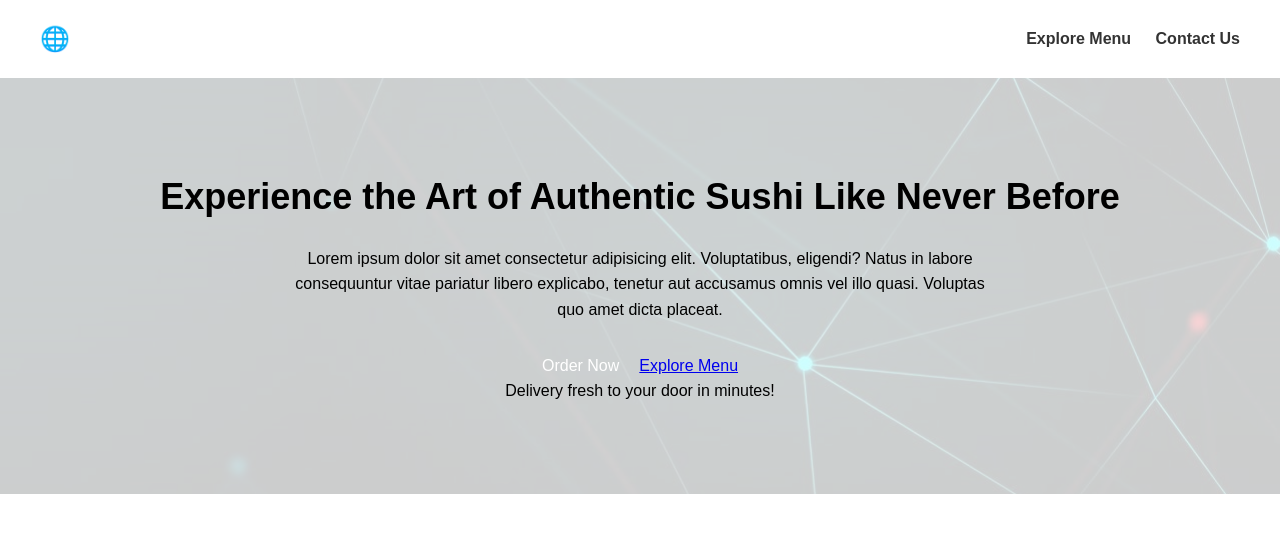
Repository: Femi007-gh/experience
Page: index.html
The author's editor kept a copy of each file at every save. The page is drawn from the files as they stood at one save, then again after the next save.
The browser window is 1280 px wide. The pictures show the whole page.

Above is the page before, as saved 2025-01-16 06:58:10.

After the next save:
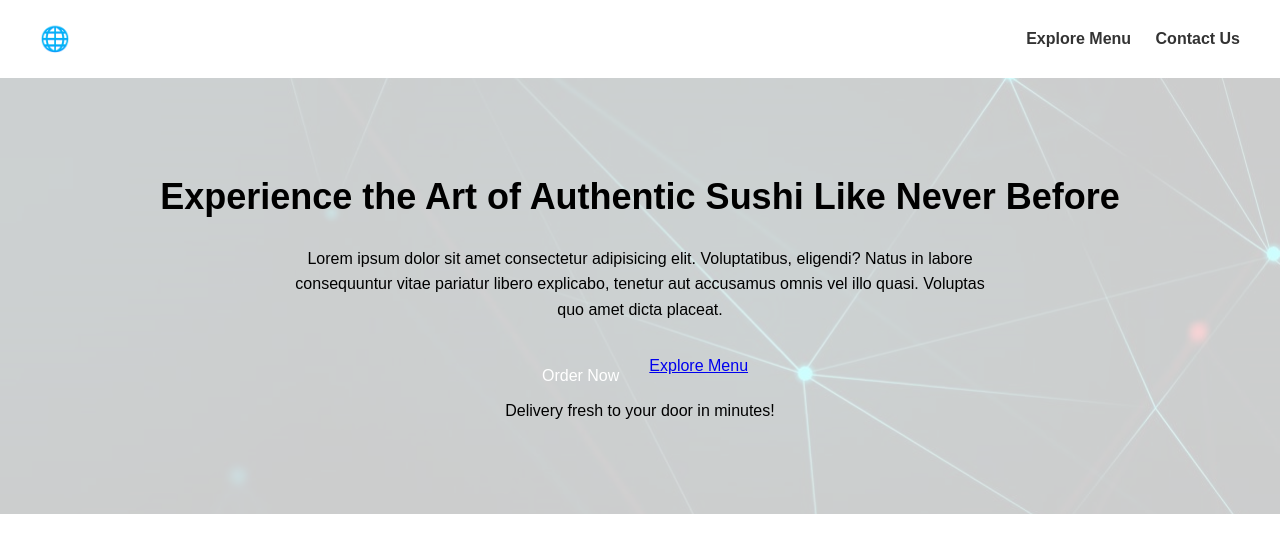
Saved 8 s later.
--- a/style.css
+++ b/style.css
@@ -72,5 +72,5 @@ header nav a:hover {
 .btn-primary {
   color: #fff;
   text-decoration: none;
-  paddding: 10px
+  padding: 10px
 }
